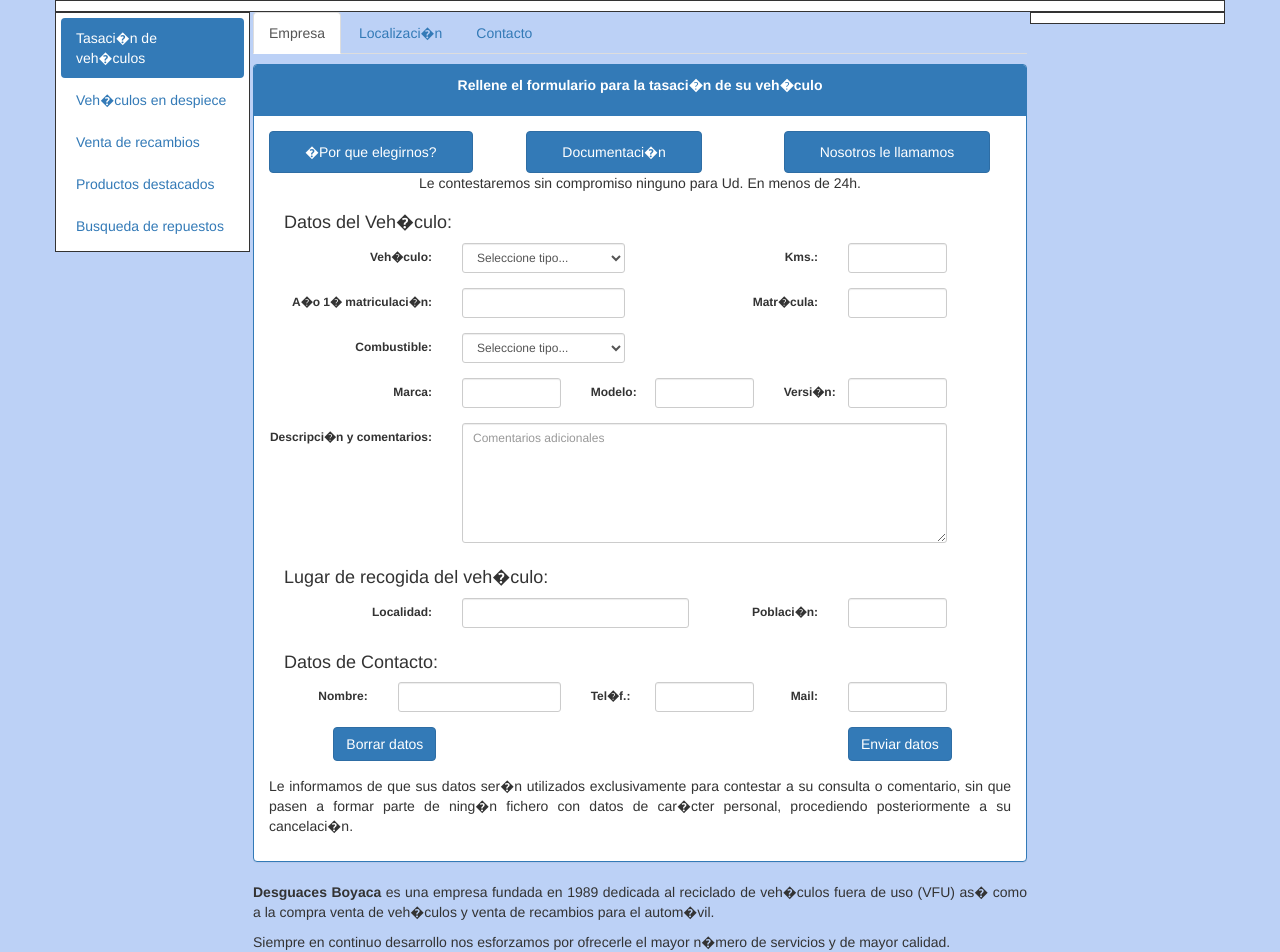
Repository: surrius/pruBoyaca
Page: http://localhost/
An editor plug-in stored every save of this project. The page is shown before and after the next save, followed by the edit.
The browser window is 1280 px wide. The pictures show the part of the page from y = 0 to 952 px (the page is 2663 px tall before and 2669 px after).
The page is run by PHP 8.4 with error messages shown; the project is at /var/www/html/.

Above is the page before, as saved 2016-03-02 10:58:21.

After the next save:
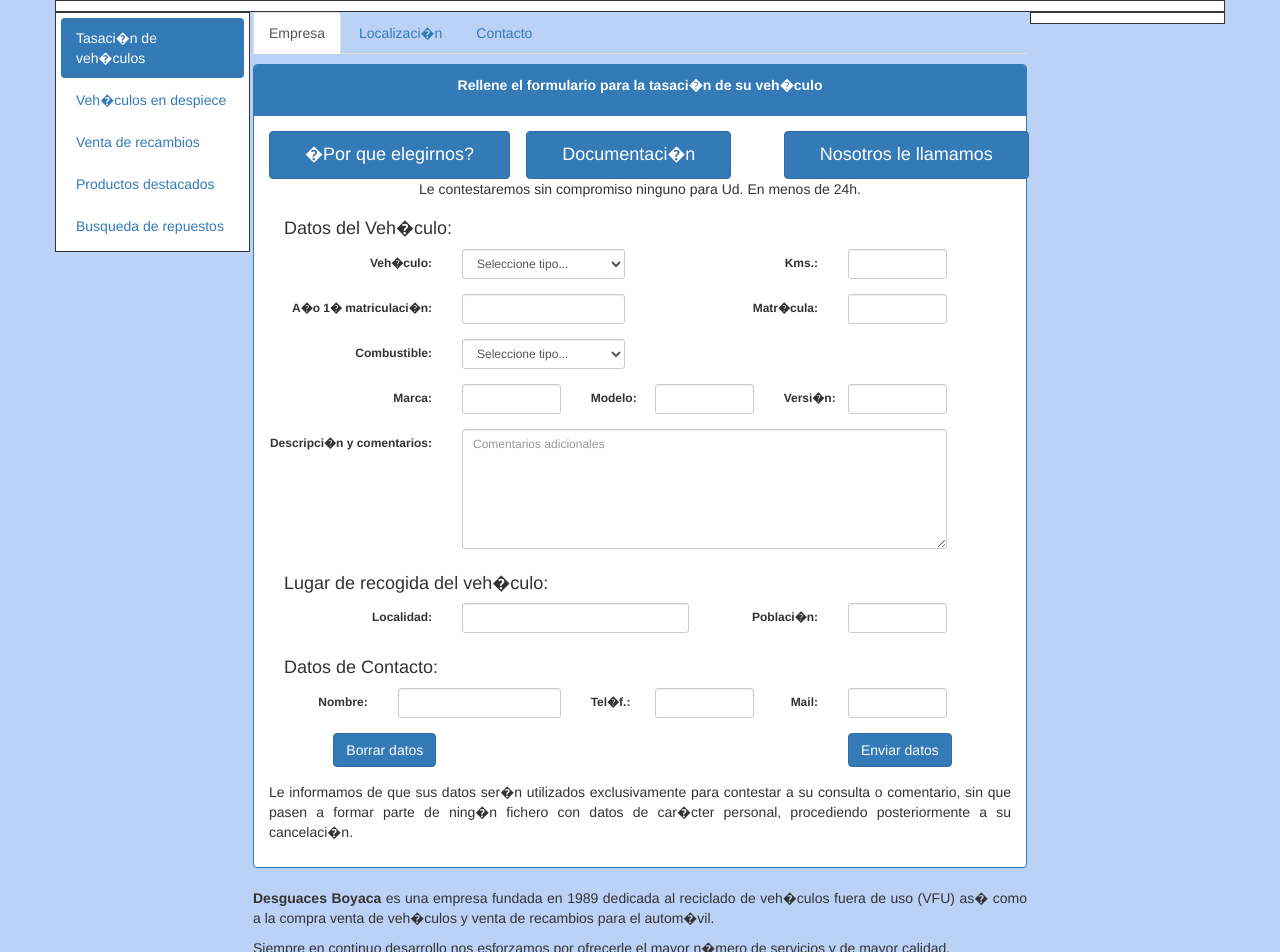
Saved 16 s later.
--- a/Boyaca/css/boyaca_css.css
+++ b/Boyaca/css/boyaca_css.css
@@ -46,7 +46,7 @@ body {
 /* 	background: #3a7999; */
 /* 	color: #f2f2f2; */
 /* 	padding: 10px; */
-/* 	font-size: 18px; */
+	font-size: 18px;
 /* 	border-radius: 5px; */
 	position: relative;
 	box-sizing: border-box;
